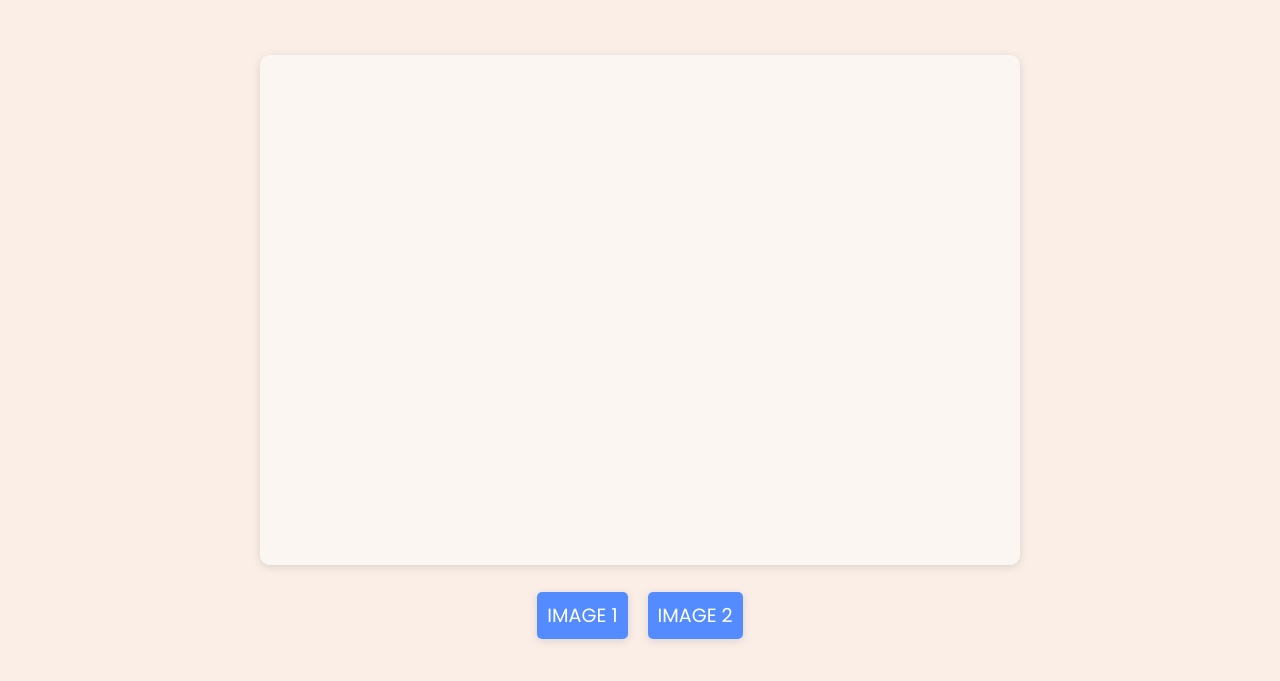
Repository: Lucas-Cassan/img-assembler
Page: / (app in frontend/)
An editor plug-in stored every save of this project. The page is shown before and after the next save, followed by the edit.
The browser window is 1280 px wide. The pictures show the whole page.
The project was rebuilt for these pictures with package versions that can differ from the ones it lists, and the page was loaded fresh each time.

Above is the page before, as saved 2022-02-02 15:32:46.

After the next save:
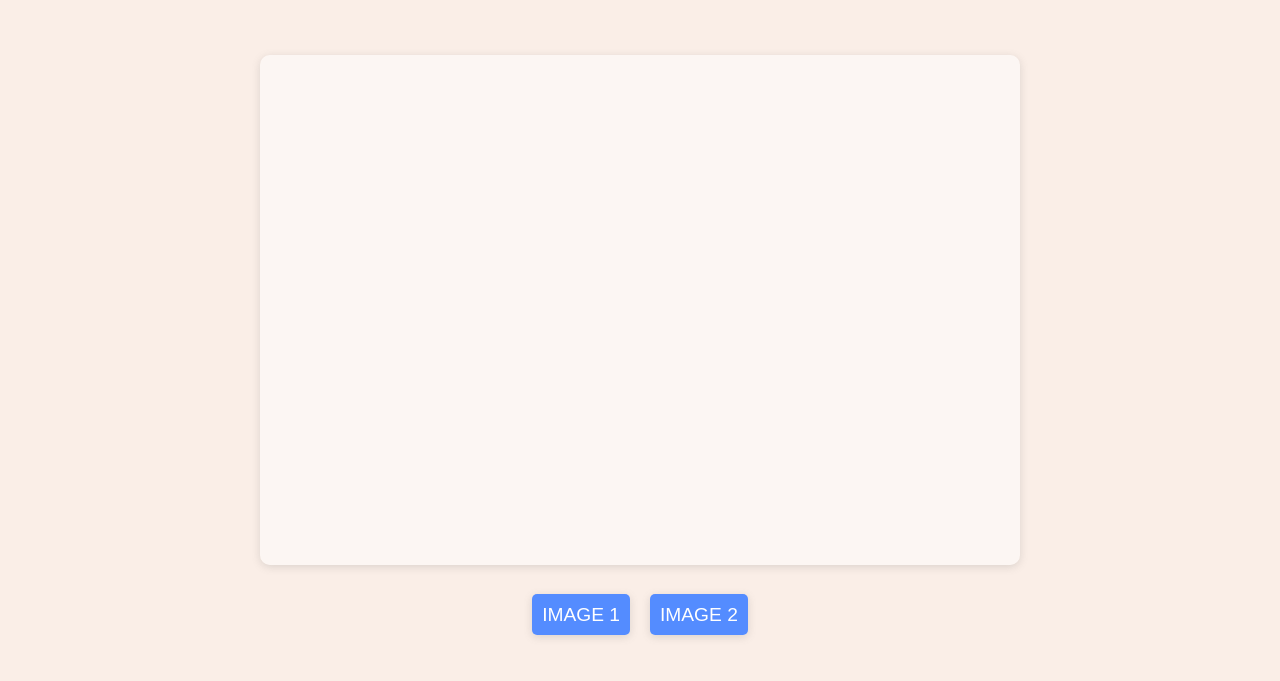
Saved 32 s later.
--- a/frontend/src/styles/index.scss
+++ b/frontend/src/styles/index.scss
@@ -1,4 +1,4 @@
-@import url('https://fonts.googleapis.com/css2?family=Poppins:wght@400;500;700&display=swap');
+@import url('https://fonts.googleapis.com/css2?family=Roboto:wght@400;700&display=swap');
 
 html{
     padding: 0;
